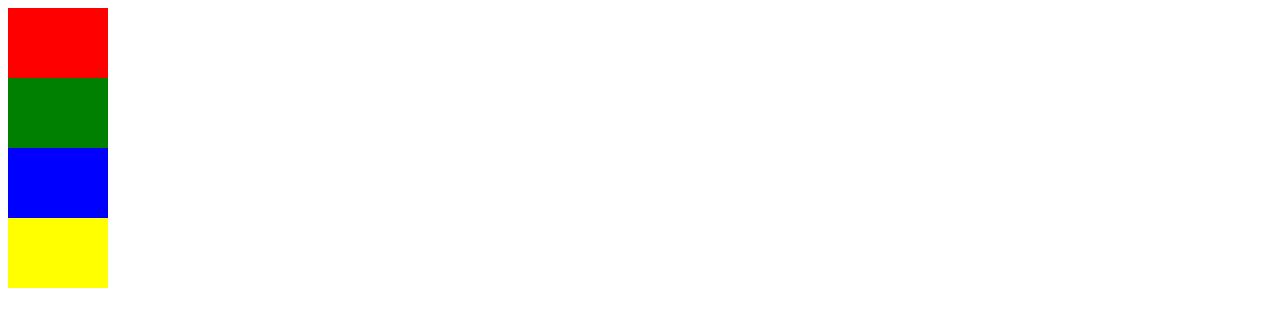
Repository: latenightsnacc/furry-meme
Page: animation.html
An editor plug-in stored every save of this project. The page is shown before and after the next save, followed by the edit.
The browser window is 1280 px wide. The pictures show the whole page.

Above is the page before, as saved 2021-05-14 12:47:29.

After the next save:
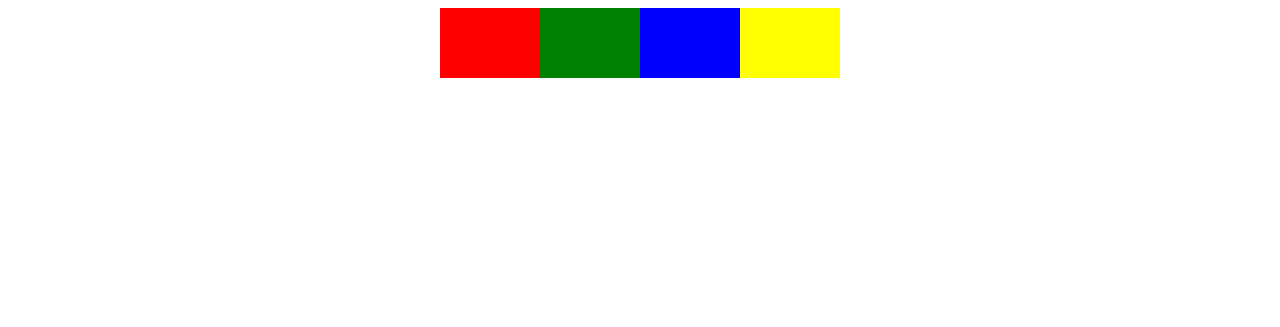
Saved 36 s later.
--- a/animation.html
+++ b/animation.html
@@ -8,7 +8,8 @@
 
     <style>
         .logo {
-            margin: auto  !important;
+            display: flex;
+            justify-content: center;
             position: relative;
         }
         .window {
